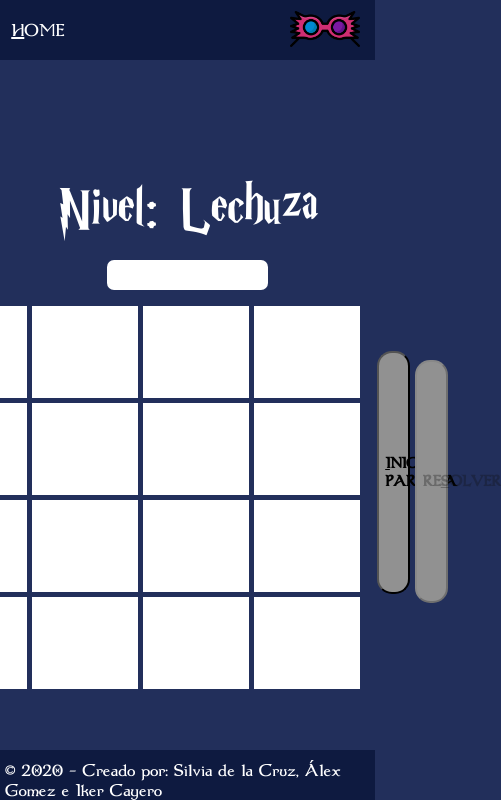
Repository: alexgomezdev/RavenclawSimon
Page: http://localhost/start.php
The author's editor kept a copy of each file at every save. The page is drawn from the files as they stood at one save, then again after the next save.
The browser window is 375 px wide. The page is 501 px wide, so the pictures cover 501 px, including what lies to the right of the window. The pictures show the whole page.
The page is run by PHP 8.4 with error messages shown; the project is at /var/www/html/.

Above is the page before, as saved 2020-11-10 21:30:25.

After the next save:
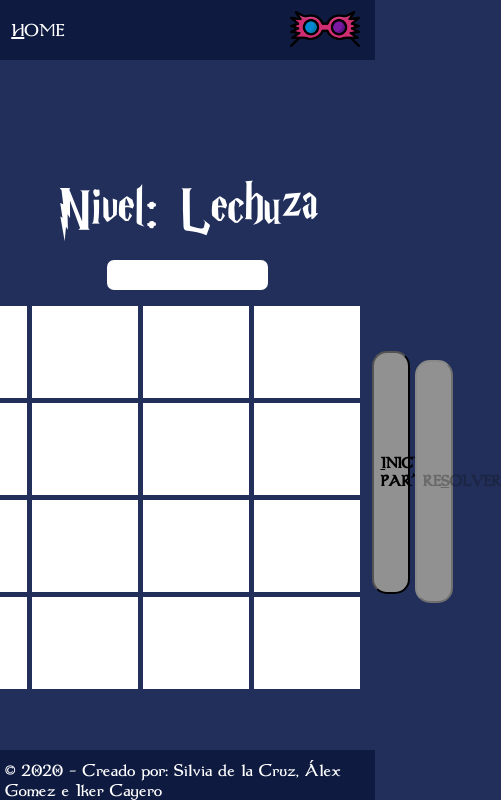
Saved 55 s later.
--- a/templates/start.css
+++ b/templates/start.css
@@ -140,15 +140,11 @@
 }
 
 @media (max-width: 460px) {
-  #timer {
-    margin: 0 auto;
-  }
-  #show_name {
-    text-align: center;
-  }
-
   #progress {
     margin-bottom: 3%;
     width: 45%;
   }
+  .button_play {
+    width: 40%;
+  }
 }
